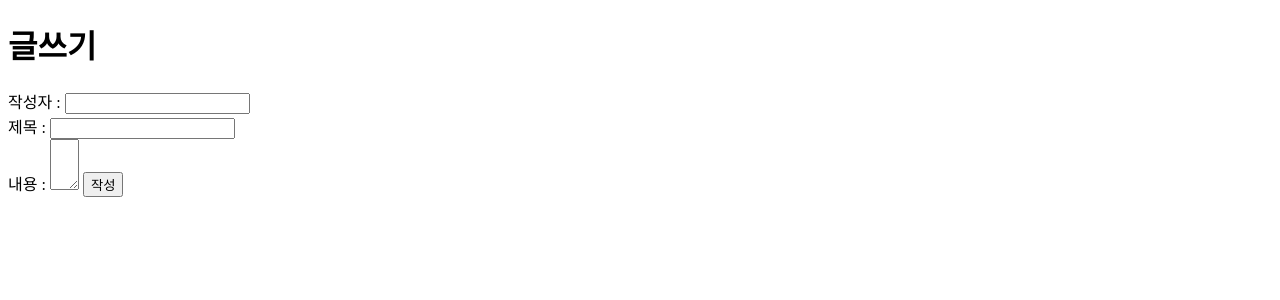
Repository: sanghshlsh/workspace_jsp
Page: http://localhost/Board/insert.jsp
The author's editor kept a copy of each file at every save. The page is drawn from the files as they stood at one save, then again after the next save.
The browser window is 1280 px wide. The pictures show the whole page.
The page is served by Tomcat 9. Other server files are loaded and not shown.

Above is the page before, as saved 2020-06-05 06:37:32.

### Board/WebContent/insert.jsp
<%@ page language="java" contentType="text/html; charset=UTF-8"
    pageEncoding="UTF-8"%>
<%@ taglib uri="http://java.sun.com/jsp/jstl/core" prefix="c"%>
<%@ taglib uri="http://java.sun.com/jsp/jstl/fmt" prefix="fmt" %>
<%@ taglib uri="http://java.sun.com/jsp/jstl/functions" prefix="fn" %>

<!DOCTYPE html>
<html>
<head>
<meta charset="UTF-8">
<title>Insert title here</title>
</head>
<body>
	<h1> 글쓰기	</h1>
	<form action="write.do">
	작성자 : <input name="writer"><br>
	제목 : <input name="title"><br>
	내용 :
	<textarea rows="3" cols="1" name="content"></textarea>
	<input type="submit" value="작성">
	</form>



</body>
</html>

After the next save:
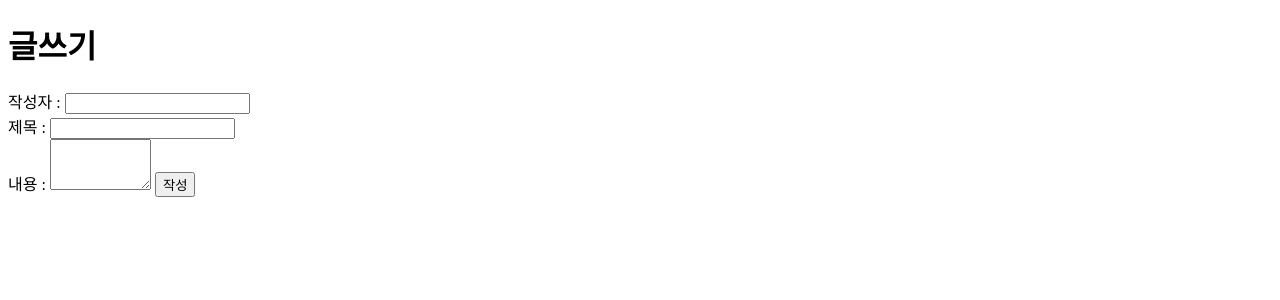
Saved 7 s later.
--- a/Board/WebContent/insert.jsp
+++ b/Board/WebContent/insert.jsp
@@ -16,7 +16,7 @@
 	작성자 : <input name="writer"><br>
 	제목 : <input name="title"><br>
 	내용 :
-	<textarea rows="3" cols="1" name="content"></textarea>
+	<textarea rows="3" cols="10" name="content"></textarea>
 	<input type="submit" value="작성">
 	</form>
 
